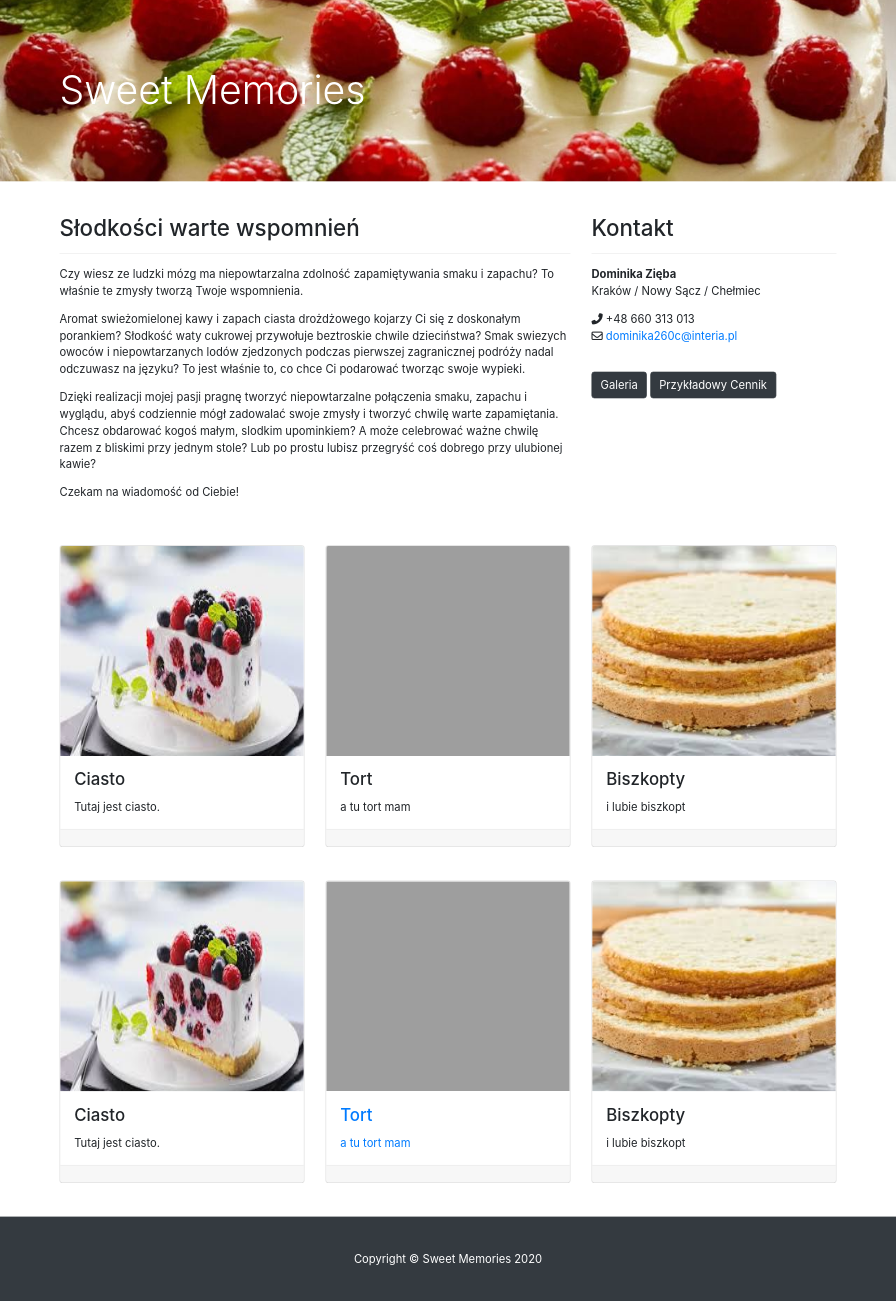
Repository: dominika260c/sweet_memories
Page: index.html
These files come from the project's save history. The page is drawn as it stood at one moment and after the next save; the edit follows.
The browser window is 1280 px wide. The pictures show the whole page, at 70% of full size.
Pictures or frames that could not be fetched are drawn as grey boxes. Some web libraries are served in a nearby version.

Above is the page before, as saved 2020-07-02 16:38:20.

### index.html
<!DOCTYPE html>
<html lang="en">
  <head>
    <!-- Required meta tags -->
    <meta charset="utf-8" />
    <meta
      name="viewport"
      content="width=device-width, initial-scale=1, shrink-to-fit=no"
    />

    <!-- Bootstrap CSS -->
    <link
      rel="stylesheet"
      href="https://stackpath.bootstrapcdn.com/bootstrap/4.5.0/css/bootstrap.min.css"
      integrity="sha384-9aIt2nRpC12Uk9gS9baDl411NQApFmC26EwAOH8WgZl5MYYxFfc+NcPb1dKGj7Sk"
      crossorigin="anonymous"
    />
    <link rel="stylesheet" href="./style.css" />

    <title>Sweet Memories</title>
  </head>
  <body>
    <!-- Navigation -->
    <!-- <nav class="navbar navbar-expand-lg navbar-dark bg-dark fixed-top">
      <div class="container">
        <a class="navbar-brand" href="#">Start Bootstrap</a>
        <button
          class="navbar-toggler"
          type="button"
          data-toggle="collapse"
          data-target="#navbarResponsive"
          aria-controls="navbarResponsive"
          aria-expanded="false"
          aria-label="Toggle navigation"
        >
          <span class="navbar-toggler-icon"></span>
        </button>
        <div class="collapse navbar-collapse" id="navbarResponsive">
          <ul class="navbar-nav ml-auto">
            <li class="nav-item active">
              <a class="nav-link" href="#"
                >Home
                <span class="sr-only">(current)</span>
              </a>
            </li>
            <li class="nav-item">
              <a class="nav-link" href="#">About</a>
            </li>
            <li class="nav-item">
              <a class="nav-link" href="#">Services</a>
            </li>
            <li class="nav-item">
              <a class="nav-link" href="#">Contact</a>
            </li>
          </ul>
        </div>
      </div>
    </nav> -->

    <!-- Header -->
    <!-- <h1>&nbsp</h1> -->
    <header class="bg-primary py-5 mb-5 coverclass">
      <div class="container h-100">
        <div class="row h-100 align-items-center">
          <div class="col-lg-12">
            <h1 class="display-4 text-white mt-5 mb-2">
              Sweet Memories
            </h1>
            <p class="lead mb-5 text-white-50"></p>
          </div>
        </div>
      </div>
    </header>

    <!-- Page Content -->
    <div class="container">
      <div class="row">
        <div class="col-md-8 mb-5">
          <h2>Słodkości warte wspomnień</h2>
          <hr />
          <p>
            Czy wiesz ze ludzki mózg ma niepowtarzalna zdolność zapamiętywania
            smaku i zapachu? To właśnie te zmysły tworzą Twoje wspomnienia.
          </p>
          <p>
            Aromat swieżomielonej kawy i zapach ciasta drożdżowego kojarzy Ci
            się z doskonałym porankiem? Słodkość waty cukrowej przywołuje
            beztroskie chwile dzieciństwa? Smak swiezych owoców i
            niepowtarzanych lodów zjedzonych podczas pierwszej zagranicznej
            podróży nadal odczuwasz na języku? To jest właśnie to, co chce Ci
            podarować tworząc swoje wypieki.
          </p>
          <p>
            Dzięki realizacji mojej pasji pragnę tworzyć niepowtarzalne
            połączenia smaku, zapachu i wyglądu, abyś codziennie mógł zadowalać
            swoje zmysły i tworzyć chwilę warte zapamiętania. Chcesz obdarować
            kogoś małym, slodkim upominkiem? A może celebrować ważne chwilę
            razem z bliskimi przy jednym stole? Lub po prostu lubisz przegryść
            coś dobrego przy ulubionej kawie?
          </p>
          <p>
            Czekam na wiadomość od Ciebie!
          </p>
          <!-- <a class="btn btn-primary btn-lg" href="#">Call to Action &raquo;</a> -->
        </div>
        <div class="col-md-4 mb-5">
          <h2>Kontakt</h2>
          <hr />
          <address>
            <strong>Dominika Zięba</strong>
            <br />Kraków / Nowy Sącz / Chełmiec <br />
          </address>
          <address>
            <abbr title="Phone"><i class="fas fa-phone-alt"></i></i></abbr>
            +48 660 313 013
            <br />
            <abbr title="Email"><i class="far fa-envelope"></i></abbr>
            <a href="mailto:#">dominika260c@interia.pl</a>
          </address>
          <br />
          <button type="button" class="btn btn-dark">Galeria</button>
          <button type="button" class="btn btn-dark">Przykładowy Cennik</button>
        </div>
      </div>
      <!-- /.row -->

      <div class="row">
        <div class="col-md-4 mb-5">
          <div class="card h-100">
            <img
              class="card-img-top"
              src="data:[embedded picture, 10383 characters]"
              alt=""
            />
            <div class="card-body">
              <h4 class="card-title">Ciasto</h4>
              <p class="card-text">
                Tutaj jest ciasto.
              </p>
            </div>
            <div class="card-footer">
              <!-- <a href="#" class="btn btn-primary">Find Out More!</a> -->
            </div>
          </div>
        </div>

        <div class="col-md-4 mb-5">
          <div class="card h-100">
            <img
              class="card-img-top"
              src="https://images.pexels.com/photos/291528/pexels-photo-291528.jpeg?auto=compress&cs=tinysrgb&dpr=1&w=500"
              alt=""
            />
            <div class="card-body">
              <h4 class="card-title">Tort</h4>
              <p class="card-text">
                a tu tort mam
              </p>
            </div>
            <div class="card-footer">
              <!-- <a href="#" class="btn btn-primary">Find Out More!</a> -->
            </div>
          </div>
        </div>
        <div class="col-md-4 mb-5">
          <div class="card h-100">
            <img
              class="card-img-top"
              src="data:[embedded picture, 10711 characters]"
              alt=""
            />
            <div class="card-body">
              <h4 class="card-title">Biszkopty</h4>
              <p class="card-text">
                i lubie biszkopt
              </p>
            </div>
            <div class="card-footer">
              <!-- <a href="#" class="btn btn-primary">Find Out More!</a> -->
            </div>
          </div>
        </div>
      </div>
      <!-- /.row -->
      <div class="row">
        <div class="col-md-4 mb-5">
          <div class="card h-100">
            <img
              class="card-img-top"
              src="data:[embedded picture, 10383 characters]"
              alt=""
            />
            <div class="card-body">
              <h4 class="card-title">Ciasto</h4>
              <p class="card-text">
                Tutaj jest ciasto.
              </p>
            </div>
            <div class="card-footer">
              <!-- <a href="#" class="btn btn-primary">Find Out More!</a> -->
            </div>
          </div>
        </div>

        <div class="col-md-4 mb-5">
          <a href="#">
            <div class="card h-100">
              <img
                class="card-img-top"
                src="https://images.pexels.com/photos/291528/pexels-photo-291528.jpeg?auto=compress&cs=tinysrgb&dpr=1&w=500"
                alt=""
              />

              <div class="card-body">
                <h4 class="card-title">Tort</h4>
                <p class="card-text">
                  a tu tort mam
                </p>
              </div>
              <div class="card-footer">
                <!-- <a href="#" class="btn btn-primary">Find Out More!</a> -->
              </div>
            </div>
          </a>
        </div>

        <div class="col-md-4 mb-5">
          <div class="card h-100">
            <img
              class="card-img-top"
              src="data:[embedded picture, 10711 characters]"
              alt=""
            />
            <div class="card-body">
              <h4 class="card-title">Biszkopty</h4>
              <p class="card-text">
                i lubie biszkopt
              </p>
            </div>
            <div class="card-footer">
              <!-- <a href="#" class="btn btn-primary">Find Out More!</a> -->
            </div>
          </div>
        </div>
      </div>
    </div>
    <!-- /.container -->

    <!-- Footer -->
    <footer class="py-5 bg-dark">
      <div class="container">
        <p class="m-0 text-center text-white">
          Copyright &copy; Sweet Memories 2020
        </p>
      </div>
      <!-- /.container -->
    </footer>

    <!-- Optional JavaScript -->
    <!-- jQuery first, then Popper.js, then Bootstrap JS -->
    <script
      src="https://code.jquery.com/jquery-3.5.1.slim.min.js"
      integrity="sha384-DfXdz2htPH0lsSSs5nCTpuj/zy4C+OGpamoFVy38MVBnE+IbbVYUew+OrCXaRkfj"
      crossorigin="anonymous"
    ></script>
    <script
      src="https://cdn.jsdelivr.net/npm/popper.js@1.16.0/dist/umd/popper.min.js"
      integrity="sha384-Q6E9RHvbIyZFJoft+2mJbHaEWldlvI9IOYy5n3zV9zzTtmI3UksdQRVvoxMfooAo"
      crossorigin="anonymous"
    ></script>
    <script
      src="https://stackpath.bootstrapcdn.com/bootstrap/4.5.0/js/bootstrap.min.js"
      integrity="sha384-OgVRvuATP1z7JjHLkuOU7Xw704+h835Lr+6QL9UvYjZE3Ipu6Tp75j7Bh/kR0JKI"
      crossorigin="anonymous"
    ></script>
    <!-- FontAwesome -->
    <script
      src="https://kit.fontawesome.com/7583665fdc.js"
      crossorigin="anonymous"
    ></script>
  </body>
</html>

### style.css
.coverclass {
  background-image: url(./img/ciasto1.jpg);
  background-position: center;
}

.card-img-top {
  height: 300px;
}

After the next save:
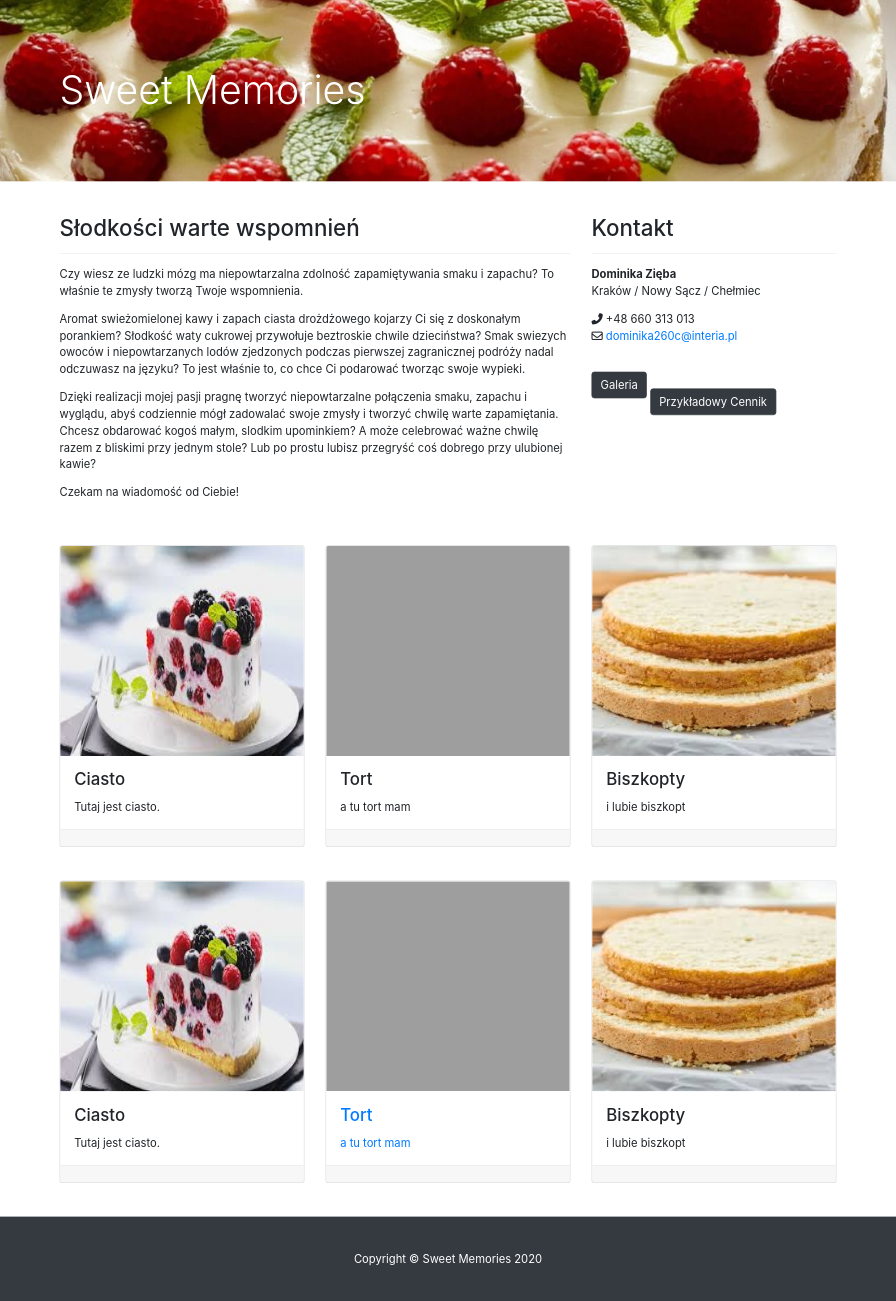
Saved 8 s later.
--- a/index.html
+++ b/index.html
@@ -118,7 +118,7 @@
             <a href="mailto:#">dominika260c@interia.pl</a>
           </address>
           <br />
-          <button type="button" class="btn btn-dark">Galeria</button>
+          <button type="button" class="btn btn-dark mb-5">Galeria</button>
           <button type="button" class="btn btn-dark">Przykładowy Cennik</button>
         </div>
       </div>
